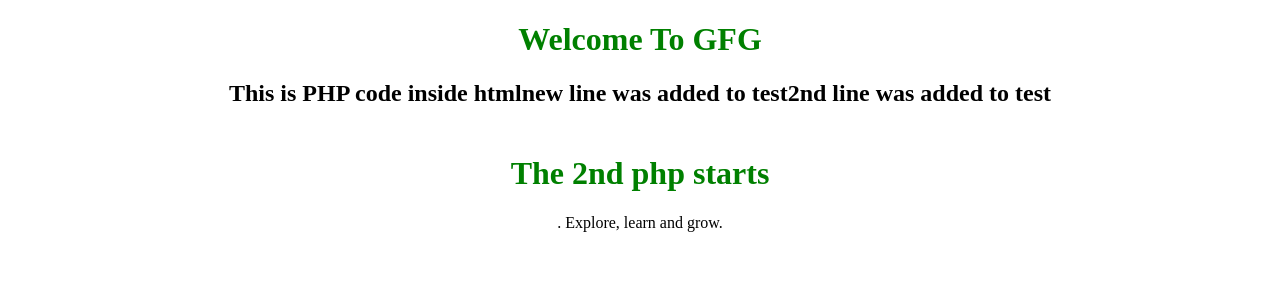
Repository: Ashwin1510/php_projectgh
Page: http://localhost/example.php
The author's editor kept a copy of each file at every save. The page is drawn from the files as they stood at one save, then again after a run of saves.
The browser window is 1280 px wide. The pictures show the whole page.
The page is run by PHP 8.4 with error messages shown; the project is at /var/www/html/.

Above is the page before, as saved 2022-12-14 11:11:55.

### example.php
<!DOCTYPE html>
<html>

<head>
	<style>
		h1 {
			color: green;
		}
	</style>
</head>

<body>
	<center>
		<h1>Welcome To GFG</h1>

		<h2>
			<?php
			 echo "This is PHP code inside html";
             echo  "new line was added to test";
			 echo  "2nd  line was added to test";
			 echo "<br><br>"

			?>


               <h1>The 2nd php starts</h1>
			   .           <?php

		     echo 'Explore, learn and grow.'
		     ?>
		   </p>
		</h2>
	</center>
</body>

</html>

After the next 3 saves:
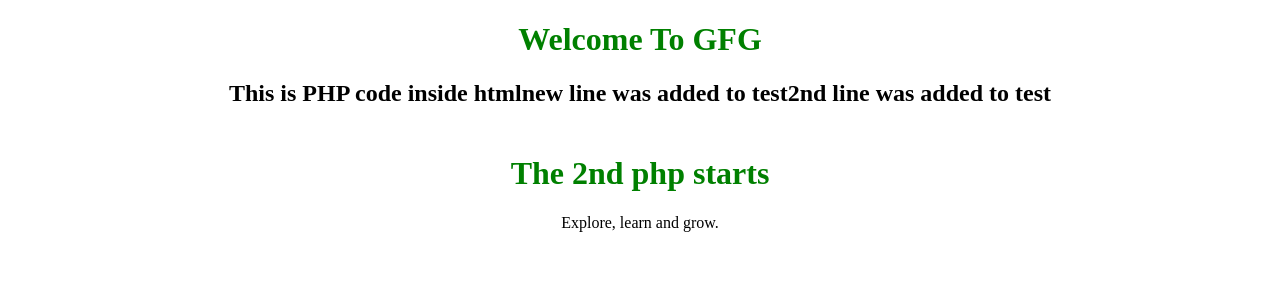
The 3 saves are shown as one change because they came seconds apart.
The last was saved 9 s later.
--- a/example.php
+++ b/example.php
@@ -24,9 +24,9 @@
 
 
                <h1>The 2nd php starts</h1>
-			   .           <?php
+              <?php
 
-		     echo 'Explore, learn and grow.'
+		       echo 'Explore, learn and grow.'
 		     ?>
 		   </p>
 		</h2>
